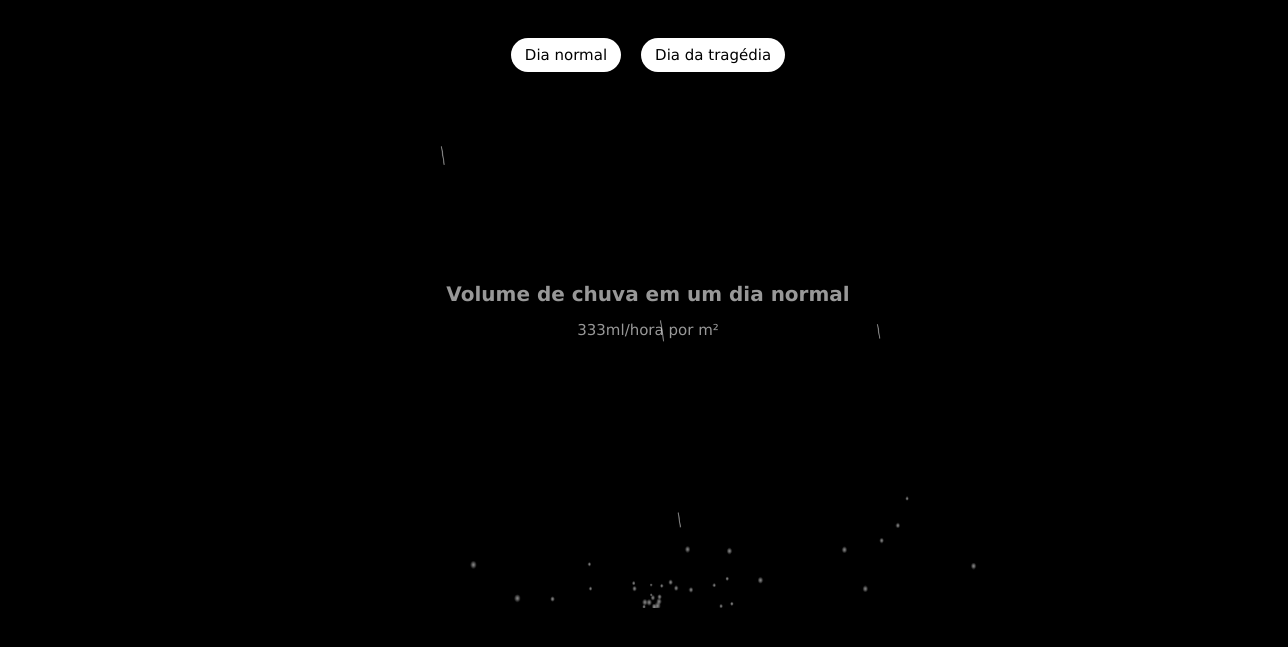
Repository: lucasthaynan/chuvas-estadao
Page: index.html
These files come from the project's save history. The page is drawn as it stood at one moment and after the next save; the edit follows.
The browser window is 1280 px wide. The page is 1288 px wide, so the pictures cover 1288 px, including what lies to the right of the window. The pictures show the whole page.

Above is the page before, as saved 2023-02-24 12:01:32.
Console error: ReferenceError: dat is not defined

### index.html
<!DOCTYPE html>
<html lang="en">
<head>
    <meta charset="UTF-8">
    <meta http-equiv="X-UA-Compatible" content="IE=edge">
    <meta name="viewport" content="width=device-width, initial-scale=1.0">
    <link rel="stylesheet" href="./style.css">

    <title>Document</title>
</head>
<body>


    <div>
        <!-- <h1>Texto teste</h1> -->
        <div class="btns">
            <button class="btn-nornal" onclick="clickNormal()">
                <p>Dia normal</p>
            </button>
            <button class="btn-tragedia" onclick="clickTragedia()">
                <p>Dia da tragédia</p>
            </button>
        </div>
    </div>
    <div id="instructions"></div>

        <canvas id="canvas">Canvas is not supported in your browser

        </canvas>

    <div class="text">
        <p class="destaque">Volume de chuva em um dia normal</p>
        <p class="volume">333ml/hora por m²</p>
    </div>


    <script src="./main.js"></script>
</body>
</html>

### style.css
/* html {
	position: absolute;
	width: 100%;
	height: 100%;
} */

body {
    background: -moz-linear-gradient(top,  rgb(0, 0, 0) 0%, rgb(0, 0, 0) 100%); /* FF3.6-15 */
    background: linear-gradient(to bottom,  rgb(0, 0, 0) 0%,rgba(0, 0, 0, 0.93) 100%);
    background: -webkit-linear-gradient(top,  rgb(0, 0, 0) 0%,rgb(0, 0, 0) 100%); /* Chrome10-25,Safari5.1-6 */
    /* background: linear-gradient(to bottom,  rgba(8,13,40,1) 0%,rgba(38,19,0,1) 100%); W3C, IE10+, FF16+, Chrome26+, Opera12+, Safari7+ */

    display: flex;
    flex-direction: column;

    width: 710px;
    height: 500px;

    position: relative;
    width: 100%;

}

canvas {
    width: 710px;
    height: 500px;

    left: 50%;

    position: absolute;
    transform: translateX(-50%);

    margin-top: 100px;

}

#instructions {
	opacity: 1;
	transition: opacity 2s;
	background-repeat: no-repeat;
	background-position: center center;
	background-size: contain;
	/* background-image: url(data:[embedded picture, 1818 characters]);
	 */

    width: 710px;
    height: 500px;

    left: 50%;

    position: absolute;
    transform: translateX(-50%);

    margin-top: 200px;

	@media (max-height: 400px) {
		display: none;
	}


}


.text {
    display: flex;
    justify-content: center;
    width: 100vw;
    height: 100%;
    /* align-content: center; */
    align-items: center;
    flex-direction: column;
    flex-wrap: nowrap;
    gap: 15px;
}

p {
    margin: 0;
    font-weight: 800;
    color: #989898;
    font-size: 20px;
    font-family:'Lucida Sans', 'Lucida Sans Regular', 'Lucida Grande', 'Lucida Sans Unicode', Geneva, Verdana, sans-serif;
}

p.volume {
    font-size: 15px;
    font-weight: 500;
}

/* div.btns p {
    transition: ;
} */


p.visible {
    visibility: visible;
    opacity: 1;
    transition: opacity 2s linear;
  }


p.hidden {
    visibility: hidden;
    opacity: 0;
    transition: visibility 0s 2s, opacity 2s linear;
}

div.btns {
    display: flex;
    flex-direction: row;
    align-items: center;
    justify-content: center;
    gap: 20px;
    padding-bottom: 40px;
    padding-top: 30px;
}

div.btns > button {
    background-color: #ffffff;
    padding: 8px 14px;
    border-radius: 999px;
    cursor: pointer;
    border: 0;
}

div.btns > button p {
    font-size: 15px;
    font-weight: 400;
    color: #000000;
}

h1 {
    color: #ffffff;
    left: 50%;

    position: absolute;
    transform: translateX(-50%);
}

### main.js
// Falling rain simulation using 2D canvas
// - vanilla JS, no frameworks
// - framerate independent physics
// - slow-mo / fast-forward support via demo.speed
// - supports high-DPI screens
// - falling rain particles are drawn as vector lines
// - splash particles are lazily pre-rendered so gradients aren't computed each frame
// - all particles make use of object pooling to further boost performance

// initialize


document.addEventListener("DOMContentLoaded", function() {

	demo.init();
	window.addEventListener('resize', demo.resize);


});

// demo namespace
var demo = {
	// CUSTOMIZABLE PROPERTIES
	// - physics speed multiplier: allows slowing down or speeding up simulation
	speed: 1,
	// - color of particles
	color: {
		r: '255',
		g: '255',
		b: '255',
		a: '0.5'
	},

	// END CUSTOMIZATION
	// whether demo is running
	started: false,
	// canvas and associated context references
	canvas: null,
	ctx: null,
	// viewport dimensions (DIPs)
	width: 0,
	height: 0,
	// devicePixelRatio alias (should only be used for rendering, physics shouldn't care)
	dpr: window.devicePixelRatio || 1,
	// time since last drop
	drop_time: 0,
	// ideal time between drops (changed with mouse/finger)
    drop_delay: 156,
	// drop_delay: 156,
	// wind applied to rain (changed with mouse/finger)
    wind: 5,
	// wind: 5,
	// color of rain (set in init)
	rain_color: null,
	rain_color_clear: null,
	// rain particles
	rain: [],
	rain_pool: [],
	// rain droplet (splash) particles
	drops: [],
	drop_pool: []
};

// demo initialization (should only run once)
demo.init = function() {

	if (!demo.started) {

		demo.started = true;
		demo.canvas = document.getElementById('canvas');
		demo.ctx = demo.canvas.getContext('2d');
		var c = demo.color;
		demo.rain_color = 'rgba(' + c.r + ',' + c.g + ',' + c.b + ',' + c.a + ')';
		demo.rain_color_clear = 'rgba(' + c.r + ',' + c.g + ',' + c.b + ',0)';
		demo.resize();
		Ticker.addListener(demo.step);

		//
		const gui = new dat.GUI();
		gui.add(demo, 'speed', 0.2, 2);

		// fade out instructions after a few seconds
		var instructions = document.getElementById('instructions');
		setTimeout(function() {
			instructions.style.opacity = 0;
			setTimeout(function(){
				instructions.parentNode.removeChild(instructions);
			}, 2000);
		}, 4000);
	}
}

// (re)size canvas (clears all particles)
demo.resize = function() {
	// localize common references
	var rain = demo.rain;
	var drops = demo.drops;
	// recycle particles
	for (var i = rain.length - 1; i >= 0; i--) {
			rain.pop().recycle();
	}
	for (var i = drops.length - 1; i >= 0; i--) {
			drops.pop().recycle();
	}
	// resize
	demo.width = window.innerWidth;
	demo.height = window.innerHeight;
	demo.canvas.width = demo.width * demo.dpr;
	demo.canvas.height = demo.height * demo.dpr;
}

demo.step = function(time, lag) {
	// localize common references
	var demo = window.demo;
	var speed = demo.speed;
	var width = demo.width;
	var height = demo.height;
	var wind = demo.wind;
	var rain = demo.rain;
	var rain_pool = demo.rain_pool;
	var drops = demo.drops;
	var drop_pool = demo.drop_pool;

	// multiplier for physics
	var multiplier = speed * lag;

	// spawn drops
	demo.drop_time += time * speed;
	while (demo.drop_time > demo.drop_delay) {
		demo.drop_time -= demo.drop_delay;
		var new_rain = rain_pool.pop() || new Rain();
		new_rain.init();
		var wind_expand = Math.abs(height / new_rain.speed * wind); // expand spawn width as wind increases
		var spawn_x = Math.random() * (width + wind_expand);
		if (wind > 0) spawn_x -= wind_expand;
		new_rain.x = spawn_x;
		rain.push(new_rain);
	}

	// rain physics
	for (var i = rain.length - 1; i >= 0; i--) {
		var r = rain[i];
		r.y += r.speed * r.z * multiplier;
		r.x += r.z * wind * multiplier;
		// remove rain when out of view
		if (r.y > height) {
			// if rain reached bottom of view, show a splash
			r.splash();
		}
		// recycle rain
		if (r.y > height + Rain.height * r.z || (wind < 0 && r.x < wind) || (wind > 0 && r.x > width + wind)) {
			r.recycle();
			rain.splice(i, 1);
		}
	}

	// splash drop physics
	var drop_max_speed = Drop.max_speed;
	for (var i = drops.length - 1; i >= 0; i--) {
		var d = drops[i];
		d.x += d.speed_x * multiplier;
		d.y += d.speed_y * multiplier;
		// apply gravity - magic number 0.3 represents a faked gravity constant
		d.speed_y += 0.3 * multiplier;
		// apply wind (but scale back the force)
		d.speed_x += wind / 25 * multiplier;
		if (d.speed_x < -drop_max_speed) {
			d.speed_x = -drop_max_speed;
		}else if (d.speed_x > drop_max_speed) {
			d.speed_x = drop_max_speed;
		}
		// recycle
		if (d.y > height + d.radius) {
			d.recycle();
			drops.splice(i, 1);
		}
	}

	demo.draw();
}

demo.draw = function() {
	// localize common references
	var demo = window.demo;
	var width = demo.width;
	var height = demo.height;
	var dpr = demo.dpr;
	var rain = demo.rain;
	var drops = demo.drops;
	var ctx = demo.ctx;

	// start fresh
	ctx.clearRect(0, 0, width*dpr, height*dpr);

	// draw rain (trace all paths first, then stroke once)
	ctx.beginPath();
	var rain_height = Rain.height * dpr;
	for (var i = rain.length - 1; i >= 0; i--) {
		var r = rain[i];
		var real_x = r.x * dpr;
		var real_y = r.y * dpr;
		ctx.moveTo(real_x, real_y);
		// magic number 1.5 compensates for lack of trig in drawing angled rain
		ctx.lineTo(real_x - demo.wind * r.z * dpr * 1.5, real_y - rain_height * r.z);
	}
	ctx.lineWidth = Rain.width * dpr;
	ctx.strokeStyle = demo.rain_color;
	ctx.stroke();

	// draw splash drops (just copy pre-rendered canvas)
	for (var i = drops.length - 1; i >= 0; i--) {
		var d = drops[i];
		var real_x = d.x * dpr - d.radius;
		var real_y = d.y * dpr - d.radius;
		ctx.drawImage(d.canvas, real_x, real_y);
	}
}


// Rain definition
function Rain() {
	this.x = 0;
	this.y = 0;
	this.z = 0;
	this.speed = 25;
	this.splashed = false;
}
Rain.width = 2;

// TAMANHO DAS GOSTAS DE CHUVA - 40 = PADRAO
Rain.height = 40;
Rain.prototype.init = function() {
	this.y = Math.random() * -100;

    // VELOCIDADE DE QUEDA DA CHUVA - 0.5 + 0.5 = PADRAO
	this.z = Math.random() * 0.5 + 0.5;
	this.splashed = false;
}
Rain.prototype.recycle = function() {
	demo.rain_pool.push(this);
}
// recycle rain particle and create a burst of droplets
Rain.prototype.splash = function() {
	if (!this.splashed) {
		this.splashed = true;
		var drops = demo.drops;
		var drop_pool = demo.drop_pool;

		for (var i=0; i<16; i++) {
			var drop = drop_pool.pop() || new Drop();
			drops.push(drop);
			drop.init(this.x);
		}
	}
}


// Droplet definition
function Drop() {
	this.x = 0;
	this.y = 0;
	this.radius = Math.round(Math.random() * 4 + 2) * demo.dpr;
	this.speed_x = 0;
	this.speed_y = 0;
	this.canvas = document.createElement('canvas');
	this.ctx = this.canvas.getContext('2d');

	// render once and cache
	var diameter = this.radius * 2;
	this.canvas.width = diameter;
	this.canvas.height = diameter;

	var grd = this.ctx.createRadialGradient(this.radius, this.radius , 1, this.radius, this.radius, this.radius);
	grd.addColorStop(0, demo.rain_color);
	grd.addColorStop(1, demo.rain_color_clear);
	this.ctx.fillStyle = grd;
	this.ctx.fillRect(0, 0, diameter, diameter);
}

// DISPERCAO DOS PINGOS NO CHAO
Drop.max_speed = 10;

Drop.prototype.init = function(x) {
	this.x = x;
	this.y = demo.height;
	var angle = Math.random() * Math.PI - (Math.PI * 0.5);
	var speed = Math.random() * Drop.max_speed;
	this.speed_x = Math.sin(angle) * speed;
	this.speed_y = -Math.cos(angle) * speed;
}
Drop.prototype.recycle = function() {
	demo.drop_pool.push(this);
}




// handle interaction
demo.mouseHandler = function(evt) {
	demo.updateCursor(evt.clientX, evt.clientY);
}
demo.touchHandler = function(evt) {
	evt.preventDefault();
	var touch = evt.touches[0];
	demo.updateCursor(touch.clientX, touch.clientY);
}
demo.updateCursor = function(x, y) {
	x /= demo.width;
	y /= demo.height;
	var y_inverse = (1 - y);

	demo.drop_delay = y_inverse*y_inverse*y_inverse * 100 + 2;
	demo.wind = (x - 0.5) * 50;
}

// document.addEventListener('mousemove', demo.mouseHandler);
// document.addEventListener('touchstart', demo.touchHandler);
// document.addEventListener('touchmove', demo.touchHandler);



// Frame ticker helper module
var Ticker = (function(){
	var PUBLIC_API = {};

	// public
	// will call function reference repeatedly once registered, passing elapsed time and a lag multiplier as parameters
	PUBLIC_API.addListener = function addListener(fn) {
		if (typeof fn !== 'function') throw('Ticker.addListener() requires a function reference passed in.');

		listeners.push(fn);

		// start frame-loop lazily
		if (!started) {
			started = true;
			queueFrame();
		}
	};

	// private
	var started = false;
	var last_timestamp = 0;
	var listeners = [];
	// queue up a new frame (calls frameHandler)
	function queueFrame() {
		if (window.requestAnimationFrame) {
			requestAnimationFrame(frameHandler);
		} else {
			webkitRequestAnimationFrame(frameHandler);
		}
	}
	function frameHandler(timestamp) {
		var frame_time = timestamp - last_timestamp;
		last_timestamp = timestamp;
		// make sure negative time isn't reported (first frame can be whacky)
		if (frame_time < 0) {
			frame_time = 17;
		}
		// - cap minimum framerate to 15fps[~68ms] (assuming 60fps[~17ms] as 'normal')
		else if (frame_time > 68) {
			frame_time = 68;
		}

		// fire custom listeners
		for (var i = 0, len = listeners.length; i < len; i++) {
			listeners[i].call(window, frame_time, frame_time / 16.67);
		}

		// always queue another frame
		queueFrame();
	}

	return PUBLIC_API;
}());

// ATIVANDO BOTOES PARA MUDAR VOLUME DA CHUVA

// window.onload=function() {

// 	let btnNormal = document.querySelector("div.btn-normal")
// 	let btnTragedia = document.querySelector("div.btn-tragedia")

// 	btnNormal.addEventListener("click", e => {
// 		demo.drop_delay = 156
// 		demo.wind = 5
// 		console.log("normal")
// 	})

// 	btnTragedia.addEventListener("click", e => {
// 		demo.drop_delay = 2.5
// 		demo.wind = 15
// 		console.log("tragedia")
// 	})

// }

function clickTragedia(){

		document.querySelector("p.destaque").innerHTML = "Volume de chuva no dia da tragédia"
		document.querySelector("p.volume").innerHTML = "26,5 litros/hora por m²"

		demo.drop_delay = 2.5
		demo.wind = 15
		console.log("tragedia")
	}

function clickNormal(){

		document.querySelector("p.destaque").innerHTML = "Volume de chuva em um dia normal"
		document.querySelector("p.volume").innerHTML = "333ml/hora por m²"

		demo.drop_delay = 156
		demo.wind = 5
		console.log("normal")
	}


// let btnNormal = document.querySelector("div.btn-normal")
// 	let btnTragedia = document.querySelector("div.btn-tragedia")

// 	btnNormal.addEventListener("click", e => {
// 		console.log("normal")
// 		demo.drop_delay = 156
// 		demo.wind = 5
// 		console.log("normal")
// 	})

// 	btnTragedia.addEventListener("click", e => {
// 		console.log("tragedia")
// 		demo.drop_delay = 2.5
// 		demo.wind = 15
// 		console.log("tragedia")
// 	})

After the next save:
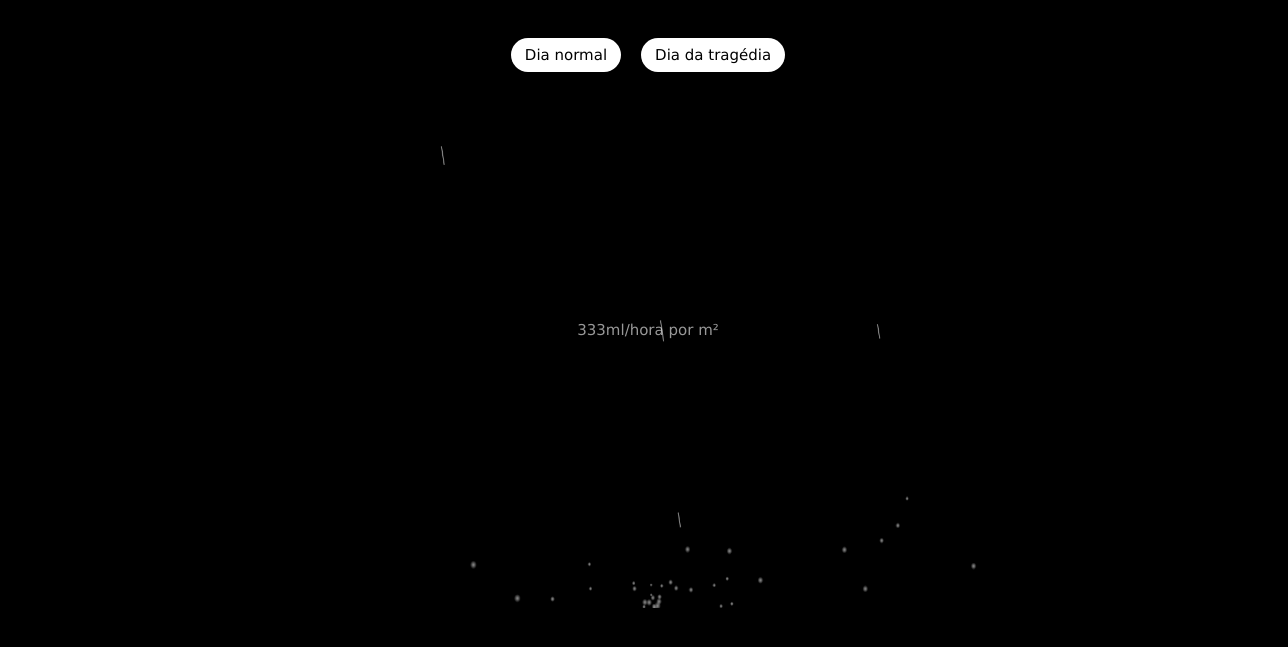
Saved 11 s later.
--- a/index.html
+++ b/index.html
@@ -29,7 +29,7 @@
         </canvas>
 
     <div class="text">
-        <p class="destaque">Volume de chuva em um dia normal</p>
+        <p class="destaque hidden">Volume de chuva em um dia normal</p>
         <p class="volume">333ml/hora por m²</p>
     </div>
 

After the save that followed:
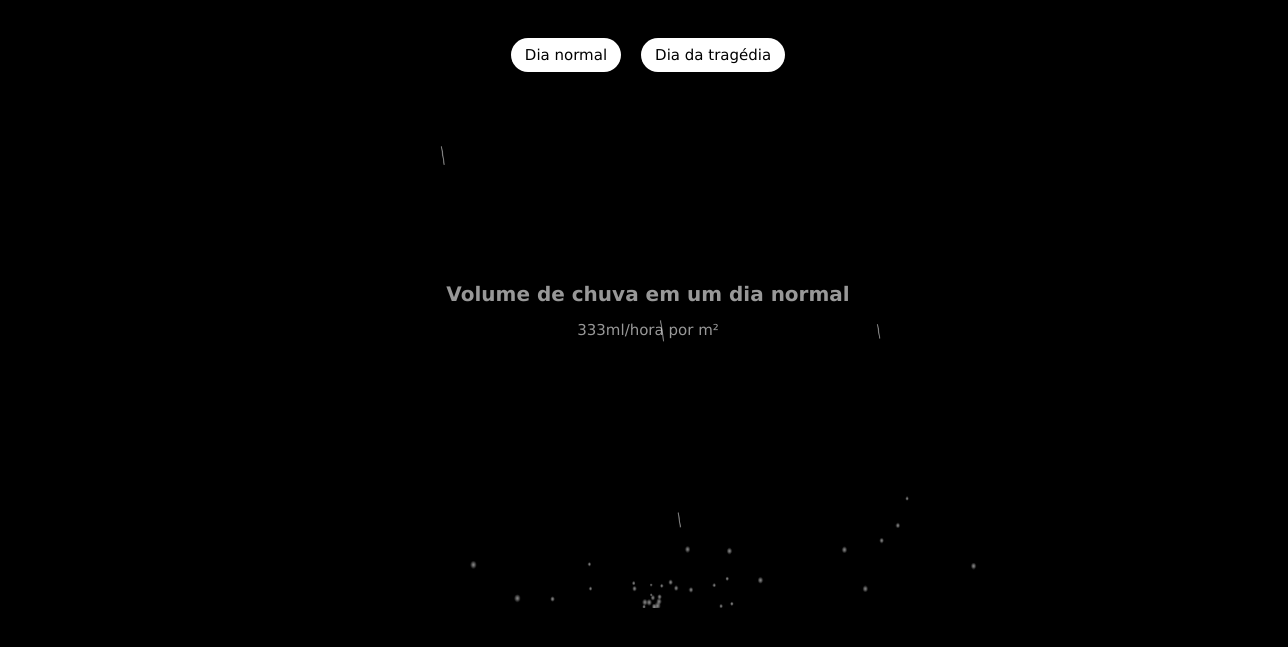
Saved 5 s later.
--- a/index.html
+++ b/index.html
@@ -29,7 +29,7 @@
         </canvas>
 
     <div class="text">
-        <p class="destaque hidden">Volume de chuva em um dia normal</p>
+        <p class="destaque ">Volume de chuva em um dia normal</p>
         <p class="volume">333ml/hora por m²</p>
     </div>
 
